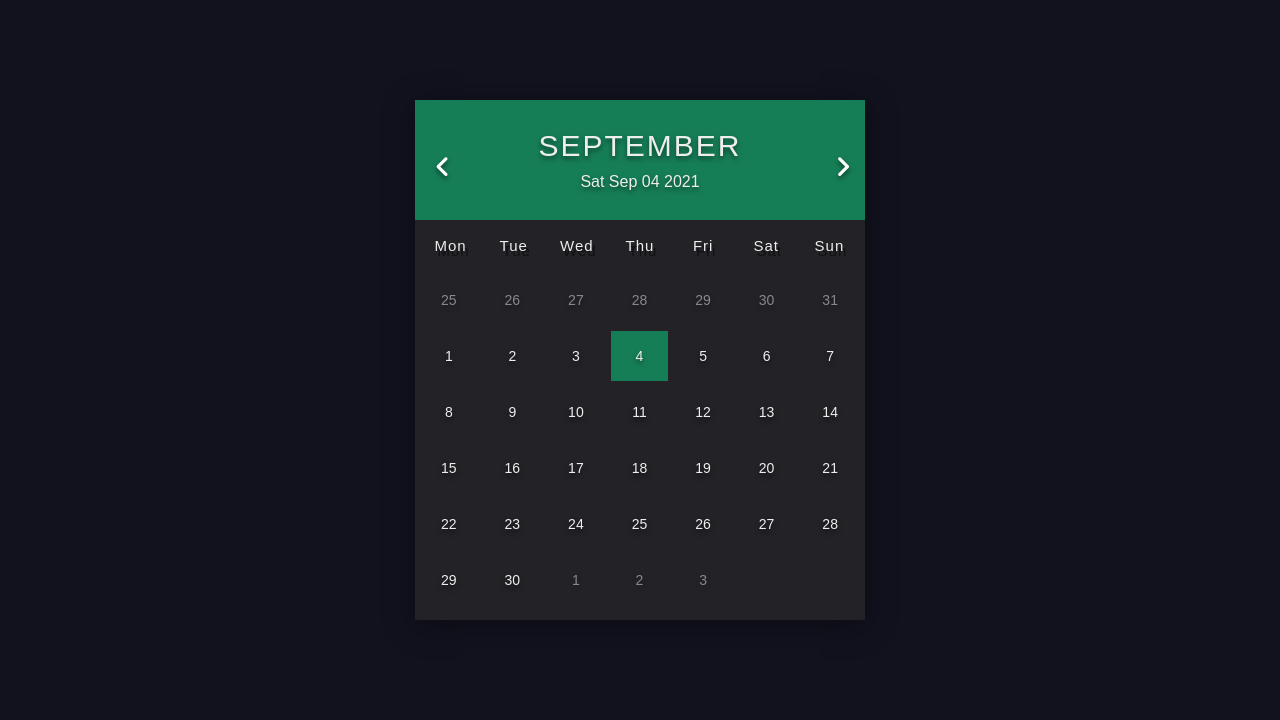
Repository: dboinska/calendar
Page: index.html
These files come from the project's save history. The page is drawn as it stood at one moment and after the next save; the edit follows.
The browser window is 1280 px wide. The pictures show the whole page.
Some web libraries are served in a nearby version.

Above is the page before, as saved 2021-09-06 12:34:26.

After the next save:
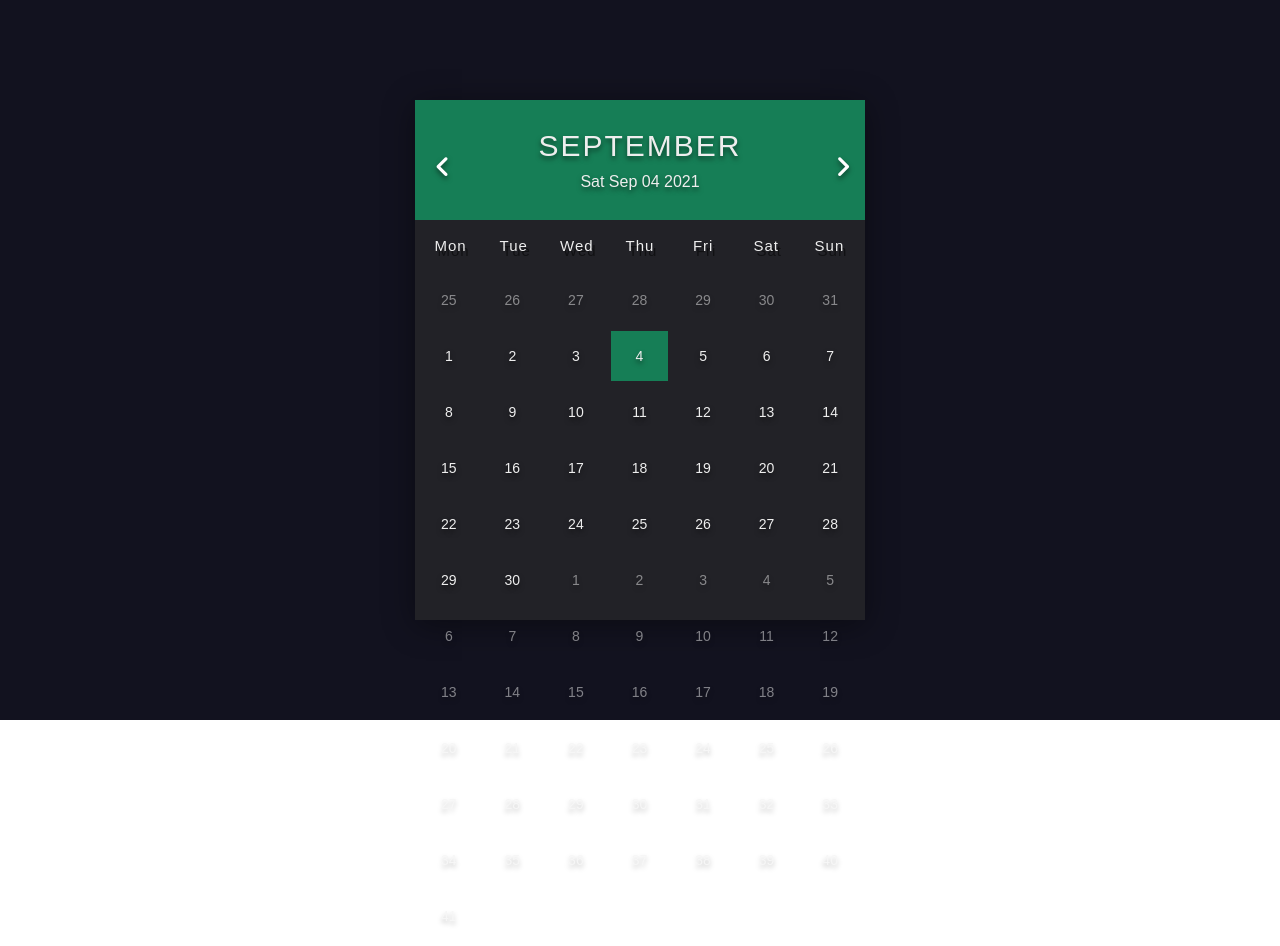
Saved 10 min 10 s later.
--- a/script.js
+++ b/script.js
@@ -58,7 +58,7 @@ const renderCalendar = () => {
     monthDays.innerHTML = days;
   }
   console.log("next days", nextDays, "last day index", lastDayIndex);
-  for (let j = 1; j <= nextDays - 1; j++) {
+  for (let j = 1; j <= 42 - 1; j++) {
     days += `<div class="next-date">${j}</div>`;
     monthDays.innerHTML = days;
   }
